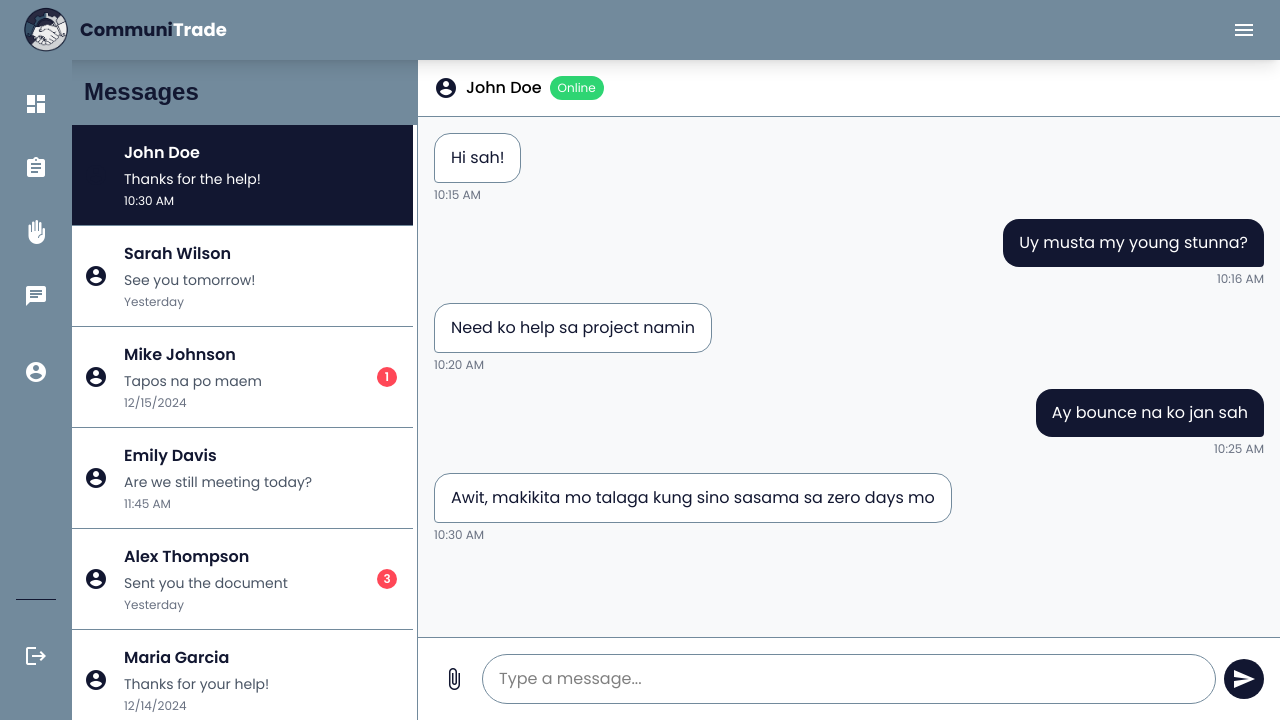
Repository: wholaanmo/communitrade_app
Page: /user/message
These files come from the project's save history. The page is drawn as it stood at one moment and after the next save; the edit follows.
The browser window is 1280 px wide. The pictures show the whole page.
The project was rebuilt for these pictures with package versions that can differ from the ones it lists, and the page was loaded fresh each time. Some packages were replaced by stand-ins written for this rebuild. The framework's server and built-in components were replaced by stand-ins that run in the browser. Also part of the build but not shown: next.config.mjs, components/atoms/Card.js, components/molecules/Modal.js.

Above is the page before, as saved 2025-11-25 19:24:14.

After the next save:
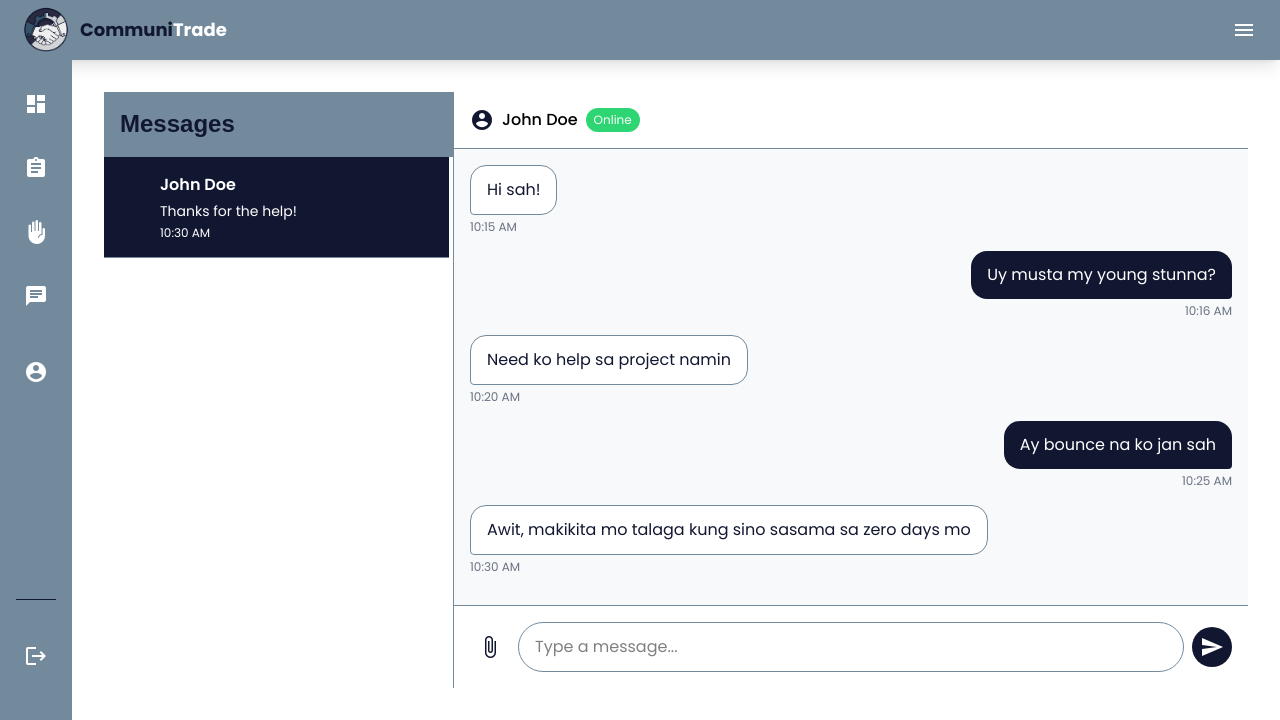
Saved 27 min 44 s later.
--- a/app/user/message/page.js
+++ b/app/user/message/page.js
@@ -31,101 +31,7 @@ export default function MessagePage() {
         { id: 5, content: 'Awit, makikita mo talaga kung sino sasama sa zero days mo', sender: 'them', time: '10:30 AM' }
       ]
     },
-    {
-      id: 2,
-      userName: 'Sarah Wilson',
-      lastMessage: 'See you tomorrow!',
-      timestamp: 'Yesterday',
-      unreadCount: 0,
-      status: 'offline',
-      messages: [
-        { id: 1, content: 'Meeting tomorrow at 3 PM', sender: 'them', time: 'Yesterday' },
-        { id: 2, content: 'Owkie dowkie', sender: 'me', time: 'Yesterday' }
-      ]
-    },
-    {
-      id: 3,
-      userName: 'Mike Johnson',
-      lastMessage: 'Tapos na po maem',
-      timestamp: '12/15/2024',
-      unreadCount: 1,
-      status: 'online',
-      messages: [
-        { id: 1, content: 'The files you requested are ready for review', sender: 'them', time: '12/15/2024' }
-      ]
-    },
-    {
-      id: 4,
-      userName: 'Emily Davis',
-      lastMessage: 'Are we still meeting today?',
-      timestamp: '11:45 AM',
-      unreadCount: 0,
-      status: 'online',
-      messages: [
-        { id: 1, content: 'Hey, are you available for a quick call?', sender: 'them', time: '11:30 AM' },
-        { id: 2, content: 'Sure, what time works for you?', sender: 'me', time: '11:35 AM' }
-      ]
-    },
-    {
-      id: 5,
-      userName: 'Alex Thompson',
-      lastMessage: 'Sent you the document',
-      timestamp: 'Yesterday',
-      unreadCount: 3,
-      status: 'online',
-      messages: [
-        { id: 1, content: 'Can you review this document when you have time?', sender: 'them', time: 'Yesterday' },
-        { id: 2, content: 'Of course, send it over', sender: 'me', time: 'Yesterday' }
-      ]
-    },
-    {
-      id: 6,
-      userName: 'Maria Garcia',
-      lastMessage: 'Thanks for your help!',
-      timestamp: '12/14/2024',
-      unreadCount: 0,
-      status: 'offline',
-      messages: [
-        { id: 1, content: 'I really appreciate your assistance with the project', sender: 'them', time: '12/14/2024' },
-        { id: 2, content: 'Happy to help anytime!', sender: 'me', time: '12/14/2024' }
-      ]
-    },
-    {
-      id: 7,
-      userName: 'David Chen',
-      lastMessage: 'Lets catch up soon',
-      timestamp: '12/13/2024',
-      unreadCount: 1,
-      status: 'online',
-      messages: [
-        { id: 1, content: 'Long time no see! How have you been?', sender: 'them', time: '12/13/2024' },
-        { id: 2, content: 'Doing great! We should definitely meet up', sender: 'me', time: '12/13/2024' }
-      ]
-    },
-    {
-      id: 8,
-      userName: 'Lisa Rodriguez',
-      lastMessage: 'The package arrived',
-      timestamp: '12/12/2024',
-      unreadCount: 0,
-      status: 'offline',
-      messages: [
-        { id: 1, content: 'Just wanted to let you know the package arrived safely', sender: 'them', time: '12/12/2024' },
-        { id: 2, content: 'Great! Thanks for the update', sender: 'me', time: '12/12/2024' }
-      ]
-    },
-    {
-      id: 9,
-      userName: 'Kevin Wilson',
-      lastMessage: 'Check this out!',
-      timestamp: '12/11/2024',
-      unreadCount: 2,
-      status: 'online',
-      messages: [
-        { id: 1, content: 'Found this interesting article you might like', sender: 'them', time: '12/11/2024' },
-        { id: 2, content: 'Looks cool, Ill read it later', sender: 'me', time: '12/11/2024' }
-      ]
-    }
+    // ... rest of your conversations data remains the same
   ]);
 
   const scrollToBottom = () => {
@@ -269,7 +175,7 @@ export default function MessagePage() {
   }, []);
 
   return (
-    <div className="message-page fixed top-15 left-0 sm:left-[68px] right-0 bottom-0 flex bg-[#ffffff] overflow-hidden">
+    <div className="message-page w-full h-full flex bg-[#ffffff] overflow-hidden">
       {/* Sidebar with conversation list */}
       <div className={`conversation-sidebar bg-white border-r border-[#728a9c] flex flex-col transition-all duration-300 overflow-hidden ${
         !isSidebarExpanded ? 'sidebar-collapsed w-0 md:w-[60px]' : 'w-full md:w-[350px]'
